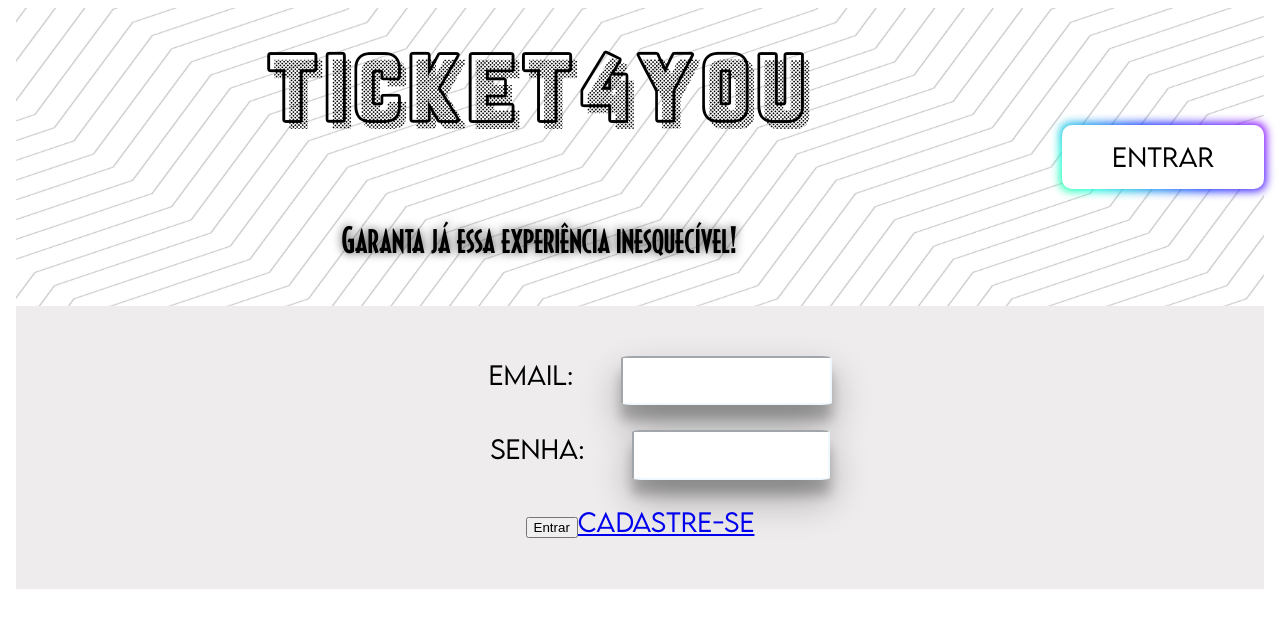
Repository: hellengurgaczz/projeto-DSA
Page: /login
An editor plug-in stored every save of this project. The page is shown before and after a run of saves, followed by the edit.
The browser window is 1280 px wide. The pictures show the whole page.
The project was rebuilt for these pictures with package versions that can differ from the ones it lists, and the page was loaded fresh each time. Also part of the build but not shown: angular.json, src/app/ingressos/templates/cadastrar/cadastrar.component.ts, src/app/models/ingresso.model.ts, src/app/services/ingresso.service.ts, src/app/compra/comprar-ingresso/comprar-ingresso.component.ts, src/app/models/compra.model.ts, src/app/services/compra.service.ts, src/app/ingressos/templates/deletar/deletar.component.ts and 3 more.

Above is the page before, as saved 2022-05-10 12:35:51.

### src/index.html
<!doctype html>
<html lang="en">
<head>
  <meta charset="utf-8">
  <title>ProjetoDSA</title>
  <base href="/">
  <meta name="viewport" content="width=device-width, initial-scale=1">
  <link rel="icon" type="image/x-icon" href="favicon.ico">
</head>
<body>
  <app-root></app-root>
</body>
</html>

### src/app/app.module.ts
import { NgModule } from '@angular/core';
import { BrowserModule } from '@angular/platform-browser';
import { HttpClientModule } from '@angular/common/http';

import { AppRoutingModule } from './app-routing.module';
import { BrowserAnimationsModule } from '@angular/platform-browser/animations';
import { AppComponent } from './app.component';
import { HeaderComponent } from './ingressos/templates/header/header.component';
import { CadastrarComponent } from './ingressos/templates/cadastrar/cadastrar.component';
import { ListarComponent } from './ingressos/templates/listar/listar.component';
import { DeletarComponent } from './ingressos/templates/deletar/deletar.component';
import { EditarComponent } from './ingressos/templates/editar/editar.component';

// imports angular material

import { FormsModule } from '@angular/forms';
import { ComprarIngressoComponent } from './compra/comprar-ingresso/comprar-ingresso.component';
import { LoginComponent } from './login/login.component';
import { LoginCadastroComponent } from './login/login-cadastro/login-cadastro.component';


@NgModule({
  imports: [
    BrowserModule,
    AppRoutingModule,
    HttpClientModule,
    BrowserAnimationsModule,
    FormsModule
  ],
  declarations: [
    AppComponent,
    HeaderComponent,
    CadastrarComponent,
    ListarComponent,
    DeletarComponent,
    EditarComponent,
    ComprarIngressoComponent,
    LoginComponent,
    LoginCadastroComponent
  ],
  providers: [],
  bootstrap: [AppComponent]
})
export class AppModule { }

### src/app/app-routing.module.ts
import { NgModule } from '@angular/core';
import { RouterModule, Routes } from '@angular/router';
import { CadastrarComponent } from './ingressos/templates/cadastrar/cadastrar.component';
import { ComprarIngressoComponent } from './compra/comprar-ingresso/comprar-ingresso.component';
import { DeletarComponent } from './ingressos/templates/deletar/deletar.component';
import { EditarComponent } from './ingressos/templates/editar/editar.component';
import { ListarComponent } from './ingressos/templates/listar/listar.component';
import { LoginComponent } from './login/login.component';
import { LoginCadastroComponent } from './login/login-cadastro/login-cadastro.component';

const routes: Routes = [
  {path: "", component: ListarComponent},
  {path: "cadastrar", component: CadastrarComponent},
  {path: "listar", component: ListarComponent},
  {path: "editar/:id", component: EditarComponent},
  {path: "deletar/:id", component: DeletarComponent},
  {path: "comprar/:id", component: ComprarIngressoComponent},
  {path: "login", component: LoginComponent},
  {path: "login/cadastro", component: LoginCadastroComponent}
];

@NgModule({
  imports: [RouterModule.forRoot(routes)],
  exports: [RouterModule]
})

export class AppRoutingModule { }

### src/app/app.component.ts
import { Component } from '@angular/core';

@Component({
  selector: 'app-root',
  templateUrl: './app.component.html',
  styleUrls: ['./app.component.css']
})
export class AppComponent {
  title = 'projeto-DSA';
}

### src/app/login/login.component.ts
import { Component, OnInit } from '@angular/core';
import { ActivatedRoute, Router } from '@angular/router';
import { Login } from '../models/login.model';
import { LoginService } from '../services/login.service';

@Component({
  selector: 'app-login',
  templateUrl: './login.component.html',
  styleUrls: ['./login.component.css']
})
export class LoginComponent implements OnInit {

  login: Login = new Login();

  constructor(private service: LoginService, private router: Router, private route: ActivatedRoute) { }

  ngOnInit(): void {

  }

  verificarLogin() {
    this.service.buscarLogin(this.login).subscribe(() => {
      this.router.navigate(['/listar']);
    });
  }

}

### src/app/app.component.html
<body>
  <app-header></app-header>

  <main>

    <router-outlet></router-outlet>

  </main>
</body>

### src/app/app.component.css
body {
    background-color: rgba(146, 132, 132, 0.151);
}

### src/app/ingressos/templates/header/header.component.html

<div class="header">
    <div class="titulo">
        <h1 style="font-weight: lighter;">
            TICKET4YOU
        </h1>
        <h4 class="desc">
            Garanta já essa experiência inesquecível!
        </h4>
    </div>
    <div class="login">
        <a routerLink="./login">Entrar</a>
    </div>
</div>

### src/app/ingressos/templates/header/header.component.css
div.header {
    display: flex;
    flex-direction: row;
    background-image: url(../fonts/SL_042620_30310_10.jpg);
    background-size: cover;
}

.titulo {
    display: flex;
    width: 95%;
    align-items: center;
    justify-content: center;
    flex-direction: column;
    font-size: 25px;
    font-family:AMP;
}

.desc{
  font-family: DecoturaICG;
  text-shadow: 0 0 10px #424242;
  font-size: 35px;
  font-weight: lighter
}

.login {
    display: flex;
    justify-content: end;
    align-items: center;
}

a{
  padding: 0.6em 2em;
  border: none;
  text-decoration: none;
  font-family: LEMONMILK-Light;
  font-size: 25px;
  outline: none;
  color: rgb(0, 0, 0);
  background: rgb(255, 255, 255);
  cursor: pointer;
  position: relative;
  z-index: 0;
  border-radius: 10px;
  user-select: none;
  -webkit-user-select: none;
  touch-action: manipulation;
}

a::before{
  content: "";
  background: linear-gradient(
    45deg,
    #ff0000,
    #ff7300,
    #fffb00,
    #48ff00,
    #00ffd5,
    #002bff,
    #7a00ff,
    #ff00c8,
    #ff0000
  );
  position: absolute;
  top: -2px;
  left: -2px;
  background-size: 400%;
  z-index: -1;
  filter: blur(5px);
  -webkit-filter: blur(5px);
  width: calc(100% + 4px);
  height: calc(100% + 4px);
  animation: glowing-button-85 20s linear infinite;
  transition: opacity 0.3s ease-in-out;
  border-radius: 10px;
}

a::after{
  z-index: -1;
  content: "";
  position: absolute;
  width: 100%;
  height: 100%;
  background: rgb(255, 255, 255);
  left: 0;
  top: 0;
  border-radius: 10px;
}

@font-face{
  font-family: AMP;
  src:url(../fonts/AMP.ttf)
}

@font-face{
  font-family: LEMONMILK-Light;
  src: url(../fonts/LEMONMILK-Light.otf);
}

@font-face{
  font-family: DecoturaICG;
  src: url(../fonts/DecoturaICG.ttf);
}

@keyframes glowing-button-85 {
  0% {
    background-position: 0 0;
  }
  50% {
    background-position: 400% 0;
  }
  100% {
    background-position: 0 0;
  }
}

### src/app/login/login.component.html
<div class="all">
    <label class="email" for="email">Email: </label>
    <input type="text"  name="email" class="emailinput" [(ngModel)]="login.email">

    <p></p>

    <label class="senha" for="senha">Senha: </label>
    <input type="password"  name="email" class="senhainput" [(ngModel)]="login.senha">

    <div>
        <button (click)="verificarLogin()">Entrar</button>
        <a routerLink="login/cadastro">Cadastre-se</a>
    </div>
</div>

### src/app/login/login.component.css
.all{
  font-family: LEMONMILKLight;
  font-size: 25px;
  text-align: center;
  padding: 50px;
}

.email{
  margin: 40px;
}

.senha{
  margin: 40px;
}

.emailinput{
  padding: 15px;
  border-radius: 5%;
  box-shadow: rgba(0, 0, 0, 0.3) 0px 19px 38px, rgba(0, 0, 0, 0.22) 0px 15px 12px;
  border-color: aliceblue;
}

.senhainput{
  padding: 15px;
  border-radius: 5%;
  box-shadow: rgba(0, 0, 0, 0.3) 0px 19px 38px, rgba(0, 0, 0, 0.22) 0px 15px 12px;
  border-color: aliceblue;
  margin-bottom: 25px;
  font-family: LEMONMILIght;
}

@font-face{
  font-family: LEMONMILKLight;
  src: url(fonts/LEMONMILK-Light.otf);
}

### src/app/models/login.model.ts
export class Login {
    id: number = 0;
    email?: string;
    senha?: string;
}

### src/app/services/login.service.ts
import { HttpClient } from '@angular/common/http';
import { Injectable } from '@angular/core';
import { Observable } from 'rxjs';
import { Login } from '../models/login.model';

@Injectable({
  providedIn: 'root'
})
export class LoginService {

  constructor(private http: HttpClient) { }

  URL = "http://localhost:3001/logins";


    buscarLogin(login : Login) : Observable<Login>{
      return this.http.get<Login>(this.URL + "/" + login.id);
    }

    cadastrarIngresso(login : Login) : Observable<any> {
      return this.http.post(this.URL, login);
    }
}

Loaded but not shown: src/styles.css (common file); src/main.ts (common file); src/environments/environment.ts (common file); src/app/ingressos/templates/header/header.component.ts (common file)

After the next 3 saves:
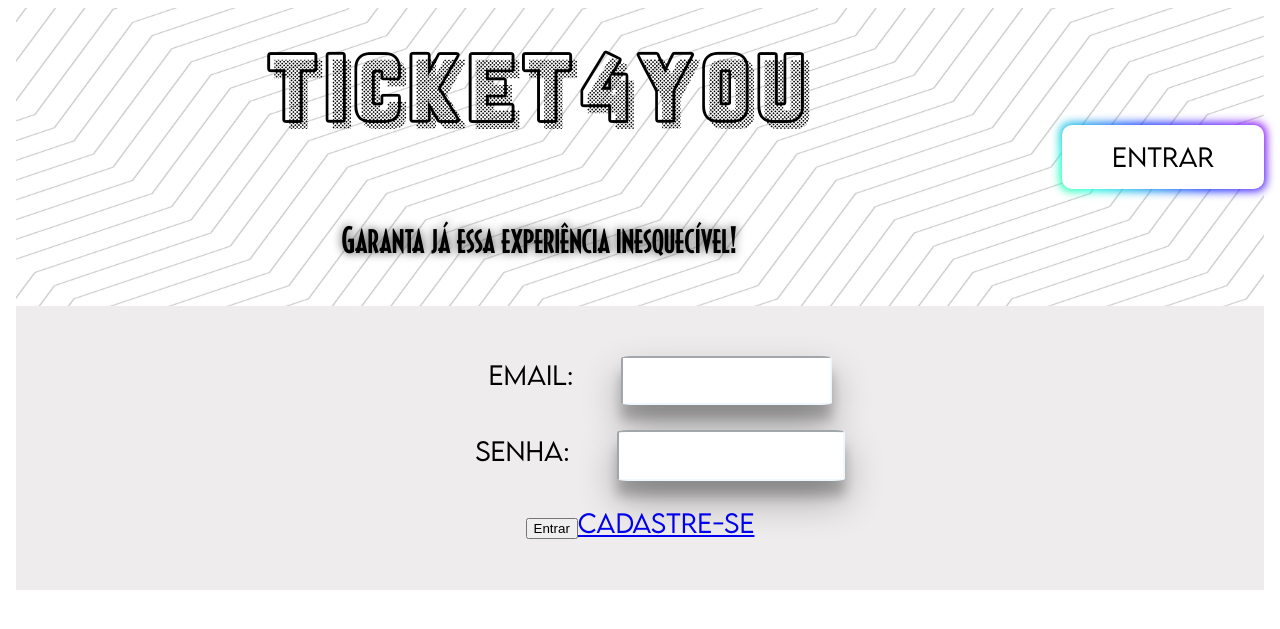
The 3 saves are shown as one change because they came seconds apart.
The last was saved 7 s later.
--- a/src/app/login/login.component.css
+++ b/src/app/login/login.component.css
@@ -26,7 +26,7 @@
   box-shadow: rgba(0, 0, 0, 0.3) 0px 19px 38px, rgba(0, 0, 0, 0.22) 0px 15px 12px;
   border-color: aliceblue;
   margin-bottom: 25px;
-  font-family: LEMONMILIght;
+  font-family: LEMONMILKLight;
 }
 
 @font-face{
